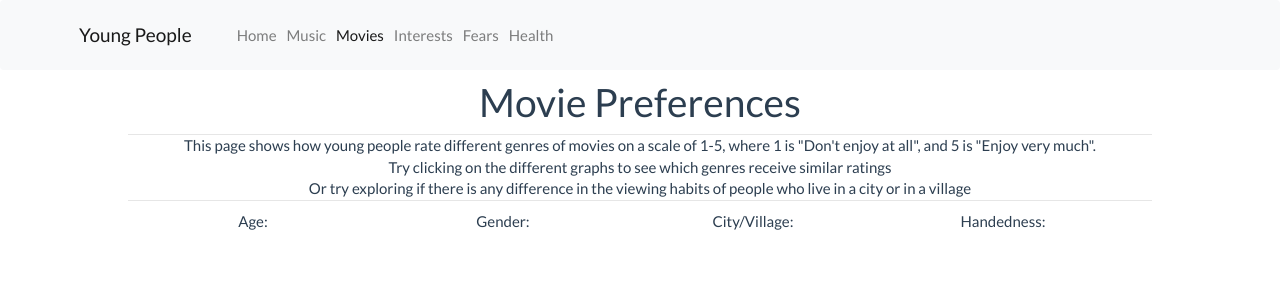
Repository: BrendanMolloy/milestone2
Page: movies.html
The author's editor kept a record of every edit. The page is drawn from the files as they stood at one moment, then again after the next edit.
The browser window is 1280 px wide. The pictures show the whole page.
Some web libraries are served in a nearby version.

Above is the page before.

After the next edit:
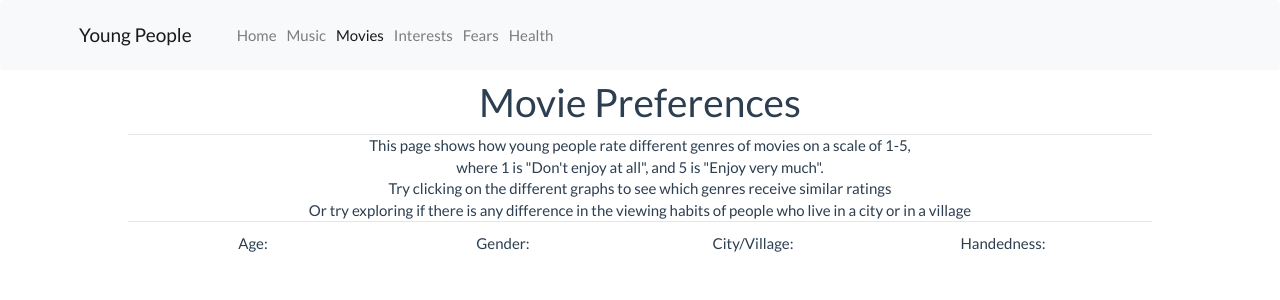
The edit:
--- a/movies.html
+++ b/movies.html
@@ -55,8 +55,10 @@
   <!-------------------------------- Movies ------------------------------------->
   <section class="section main">
     <h1>Movie Preferences</h1>
-    <p>This page shows how young people rate different genres of movies on a scale of 1-5, where 1 is "Don't enjoy at all", and 5 is "Enjoy very much".<br> Try clicking on the different graphs to see which genres receive similar ratings <br> Or try exploring
-      if there is any difference in the viewing habits of people who live in a city or in a village</p>
+    <p>This page shows how young people rate different genres of movies on a scale of 1-5,
+    <br>where 1 is "Don't enjoy at all", and 5 is "Enjoy very much".
+    <br> Try clicking on the different graphs to see which genres receive similar ratings
+    <br> Or try exploring if there is any difference in the viewing habits of people who live in a city or in a village</p>
     <div class="container-fluid dropdown-container">
       <div class="row">
         <div id="age-filter" class="dropdowns col-xs-6 col-md-6 col-lg-3">Age:<br></div>
